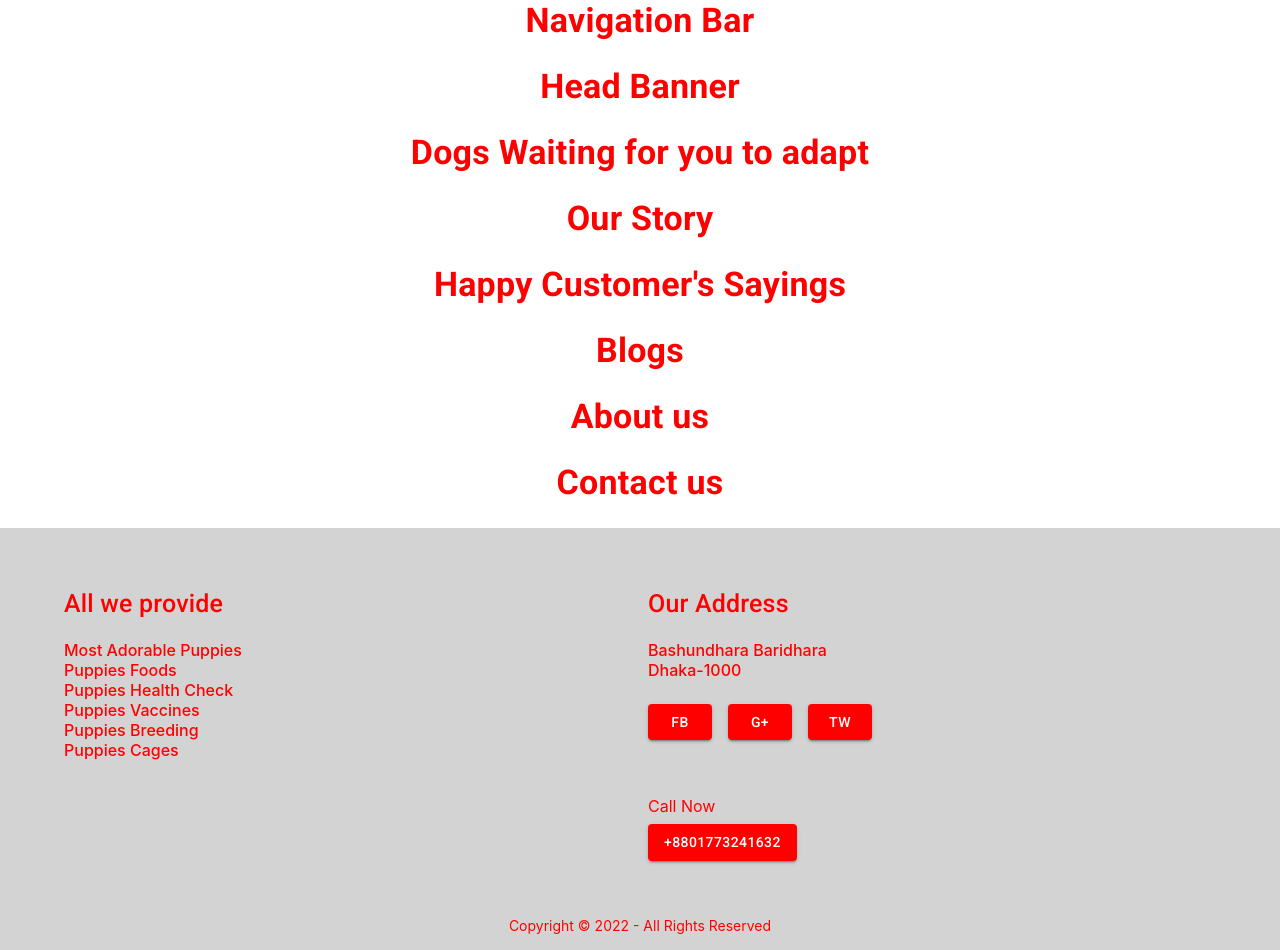
Repository: Sharif-00112/dogos-paradise-client
Page: /
The author's editor kept a copy of each file at every save. The page is drawn from the files as they stood at one save, then again after the next save.
The browser window is 1280 px wide. The pictures show the whole page.
The page's requests for data from a server got no answer. The project was rebuilt for these pictures with package versions that can differ from the ones it lists, and the page was loaded fresh each time. Some packages were replaced by stand-ins written for this rebuild. No one was signed in, and anything a server would have sent is missing. Also part of the build but not shown: src/Pages/Login/Login/Login.js, src/Pages/Login/Register/Register.js, src/Pages/NotFound/NotFound.js.

Above is the page before, as saved 2022-11-30 22:51:17.

After the next save:
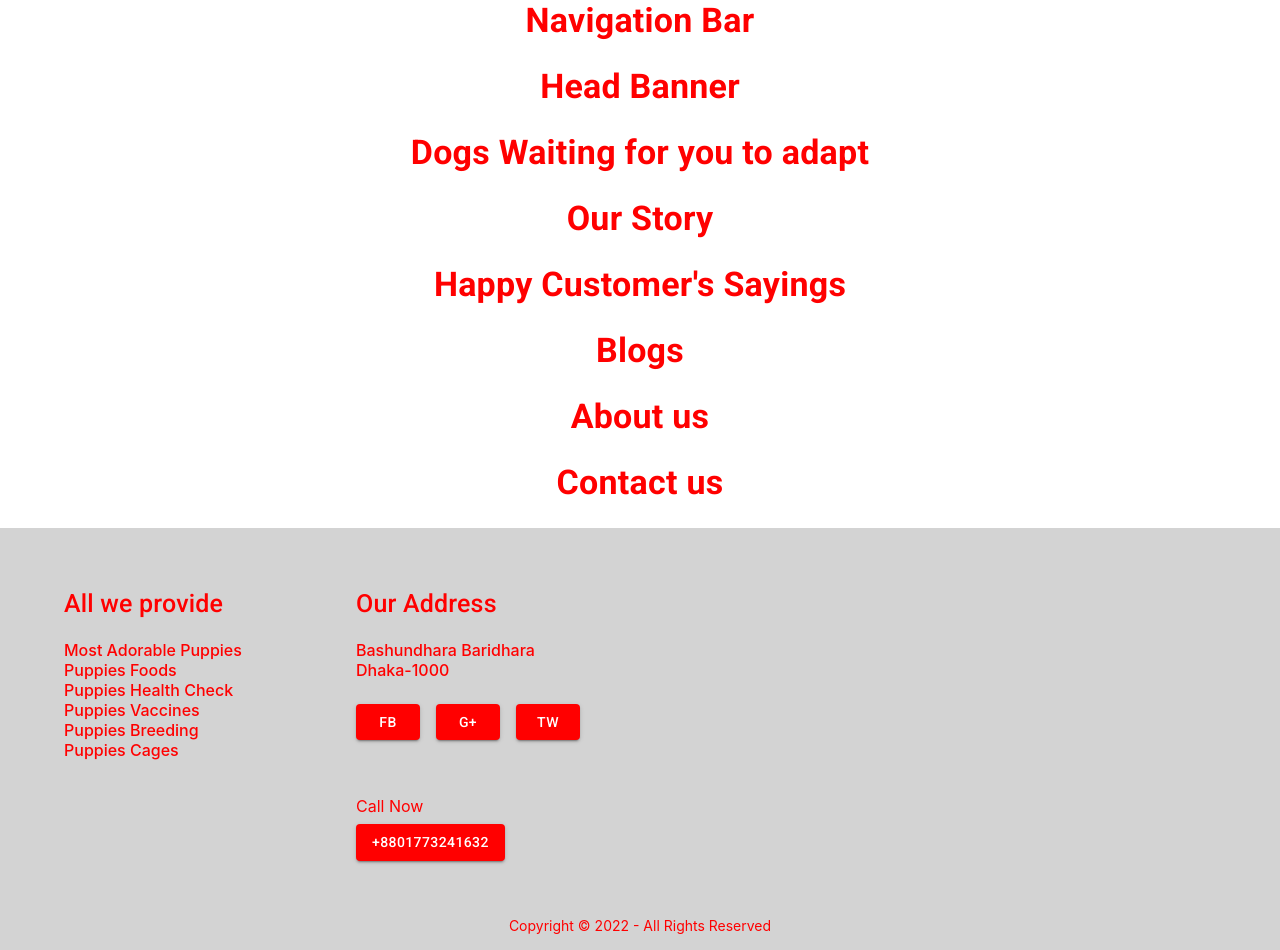
Saved 77 s later.
--- a/src/Pages/Shared/Footer/Footer.js
+++ b/src/Pages/Shared/Footer/Footer.js
@@ -13,7 +13,7 @@ const Footer = () => {
         <Container sx={{ py: 5, px:10 }}>
             <Box sx={{ flexGrow: 1 }}>
                 <Grid container spacing={2}>
-                    <Grid item style={{ textAlign: 'left'}} xs={6} md={6}>
+                    <Grid item style={{ textAlign: 'left'}} xs={6} md={3}>
                         <Typography sx={{ my:2, fontSize: 18, fontWeight: 600 }} style={{color: 'red', fontWeight: 500, fontSize: 25 }} variant="h6" component="div">
                             All we provide
                         </Typography>
@@ -53,7 +53,7 @@ const Footer = () => {
                                 Puppies Cages
                         </Link>
                     </Grid>
-                    <Grid item style={{ textAlign: 'left'}} xs={6} md={6}>
+                    <Grid item style={{ textAlign: 'left'}} xs={6} md={3}>
                         <Typography sx={{ my:2, fontSize: 18, fontWeight: 600 }} style={{color: 'red', fontWeight: 500, fontSize: 25 }} variant="h6" component="div">
                             Our Address
                         </Typography>
